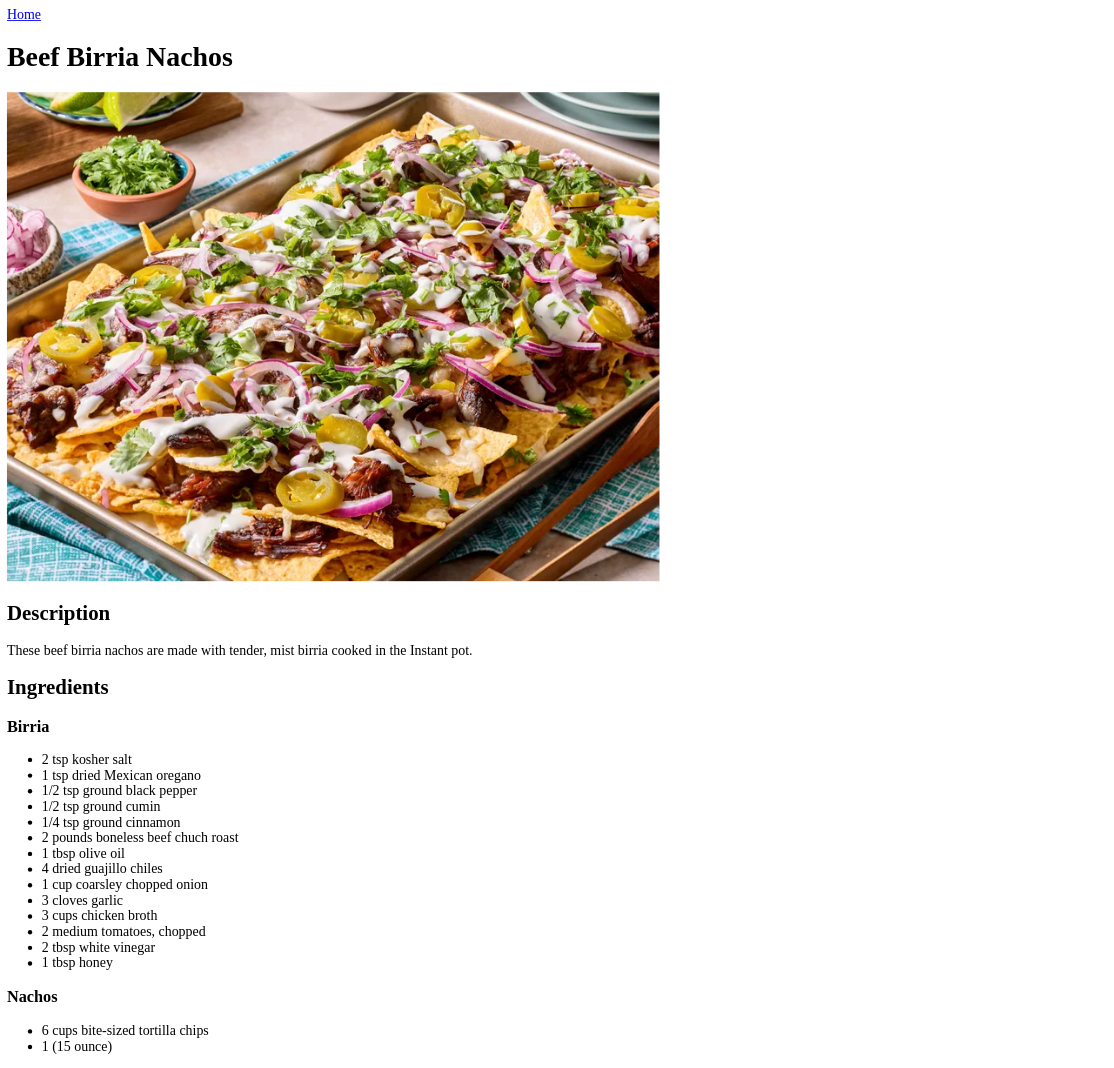
Repository: itsDevAK/odin-recipes
Page: recipes/nachos.html
These files come from the project's save history. The page is drawn as it stood at one moment and after a run of saves; the edit follows.
The browser window is 1280 px wide. The pictures show the whole page, at 87% of full size.

Above is the page before, as saved 2026-09-17 12:41:01.

### recipes/nachos.html
<!DOCTYPE html>
<html lang="en">
<head>
    <meta charset="UTF-8">
    <meta name="viewport" content="width=device-width, initial-scale=1.0">
    <title>Beef Birria Nachos</title>
</head>
<body>
    <a href="../index.html">Home</a>
    <h1>Beef Birria Nachos</h1>
    <img src="../images/nachos.webp" alt="">
    <h2>Description</h2>
    <p>These beef birria nachos are made with tender, mist birria cooked in the Instant pot.</p>
    <h2>Ingredients</h2>
    <h3>Birria</h3>
    <ul>
        <li>2 tsp kosher salt</li>
        <li>1 tsp dried Mexican oregano</li>
        <li>1/2 tsp ground black pepper</li>
        <li>1/2 tsp ground cumin</li>
        <li>1/4 tsp ground cinnamon</li>
        <li>2 pounds boneless beef chuch roast</li>
        <li>1 tbsp olive oil</li>
        <li>4 dried guajillo chiles</li>
        <li>1 cup coarsley chopped onion</li>
        <li>3 cloves garlic</li>
        <li>3 cups chicken broth</li>
        <li>2 medium tomatoes, chopped</li>
        <li>2 tbsp white vinegar</li>
        <li>1 tbsp honey</li>
    </ul>
    <h3>Nachos</h3>
    <ul>
        <li>6 cups bite-sized tortilla chips</li>
        <li>1 (15 ounce) </li>
    </ul>
</body>
</html>

After the next 6 saves:
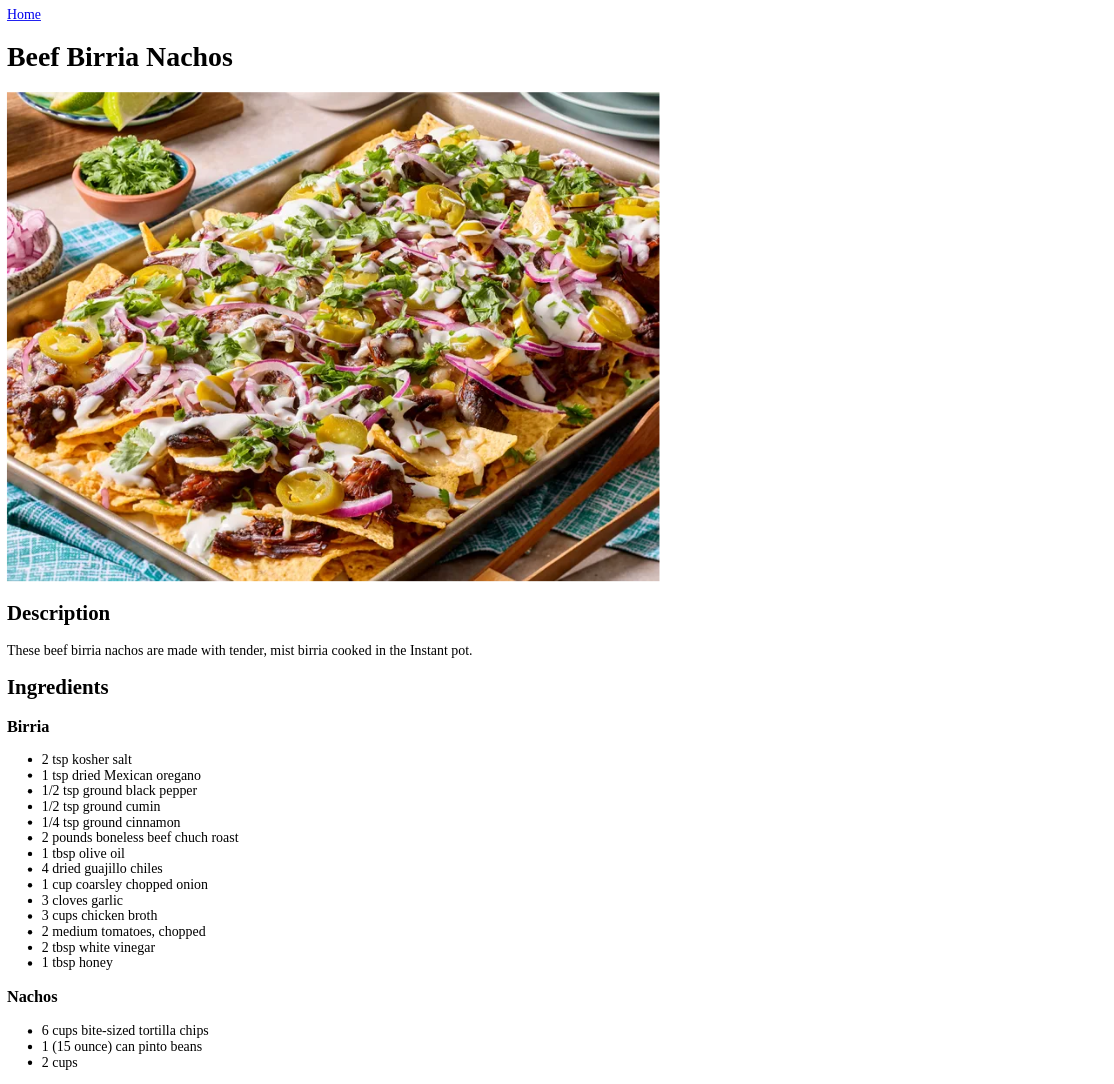
The 6 saves are shown as one change because they came seconds apart.
The last was saved 15 s later.
--- a/recipes/nachos.html
+++ b/recipes/nachos.html
@@ -32,7 +32,8 @@
     <h3>Nachos</h3>
     <ul>
         <li>6 cups bite-sized tortilla chips</li>
-        <li>1 (15 ounce) </li>
+        <li>1 (15 ounce) can pinto beans</li>
+        <li>2 cups</li>
     </ul>
 </body>
 </html>
